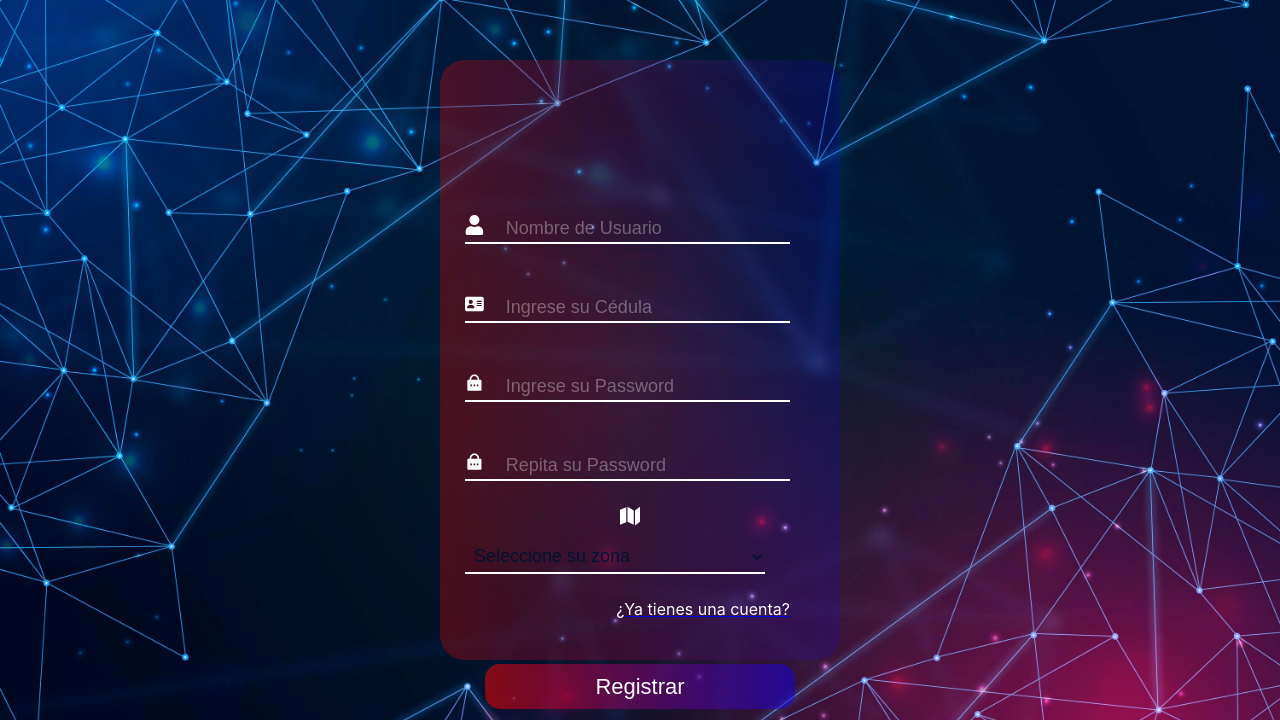
Repository: Davic1o/municipio
Page: /Registro
An editor plug-in stored every save of this project. The page is shown before and after the next save, followed by the edit.
The browser window is 1280 px wide. The pictures show the whole page.
The project was rebuilt for these pictures with package versions that can differ from the ones it lists, and the page was loaded fresh each time. Also part of the build but not shown: src/pages/Login/Login.jsx, src/pages/Administrador/Admin.jsx, src/pages/Coord/Coord.jsx, src/pages/User/User.jsx, src/pages/ConfirmacionRegistro/ConfirmacionRegistro.jsx.

Above is the page before, as saved 2024-02-06 20:26:20.

After the next save:
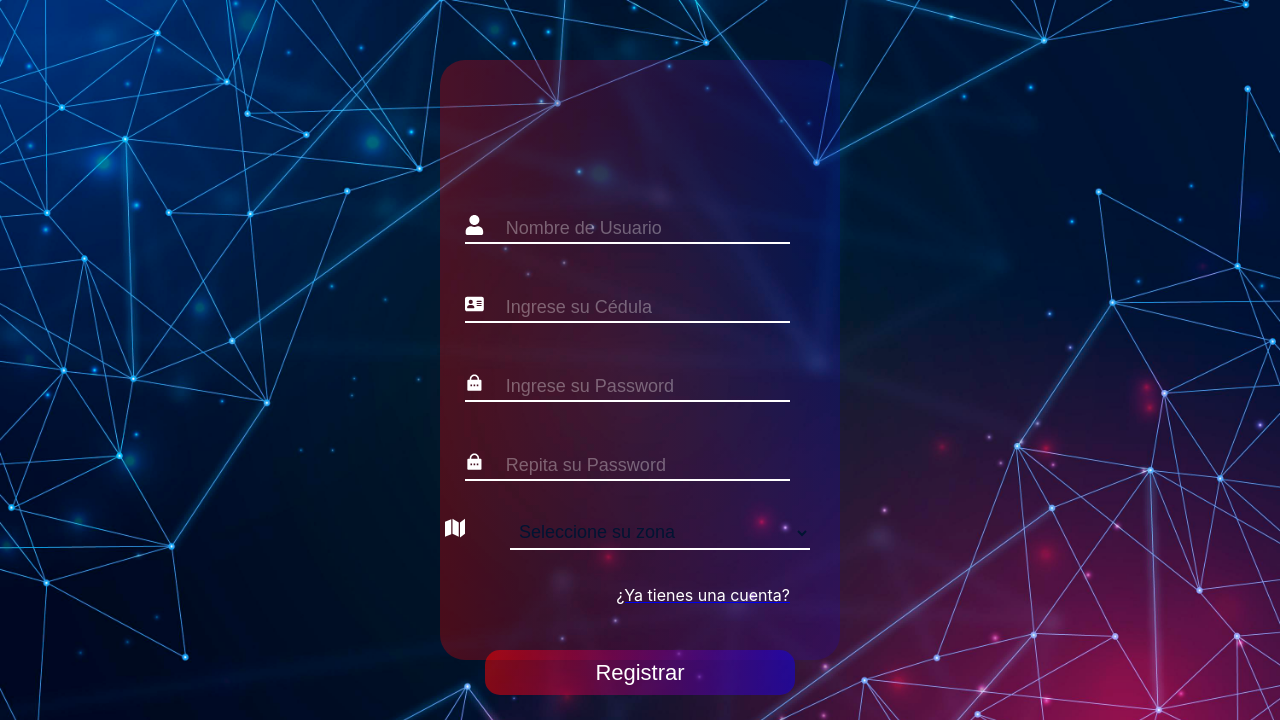
Saved 9 s later.
--- a/src/pages/Register/register.css
+++ b/src/pages/Register/register.css
@@ -11,8 +11,6 @@
 .contenedor__zona select {
     width: 300px;
     margin: 25px;
-    display: flex;
-    flex-direction: row;
     justify-content: right;
     font-size: 18px;
     background-color: transparent;
